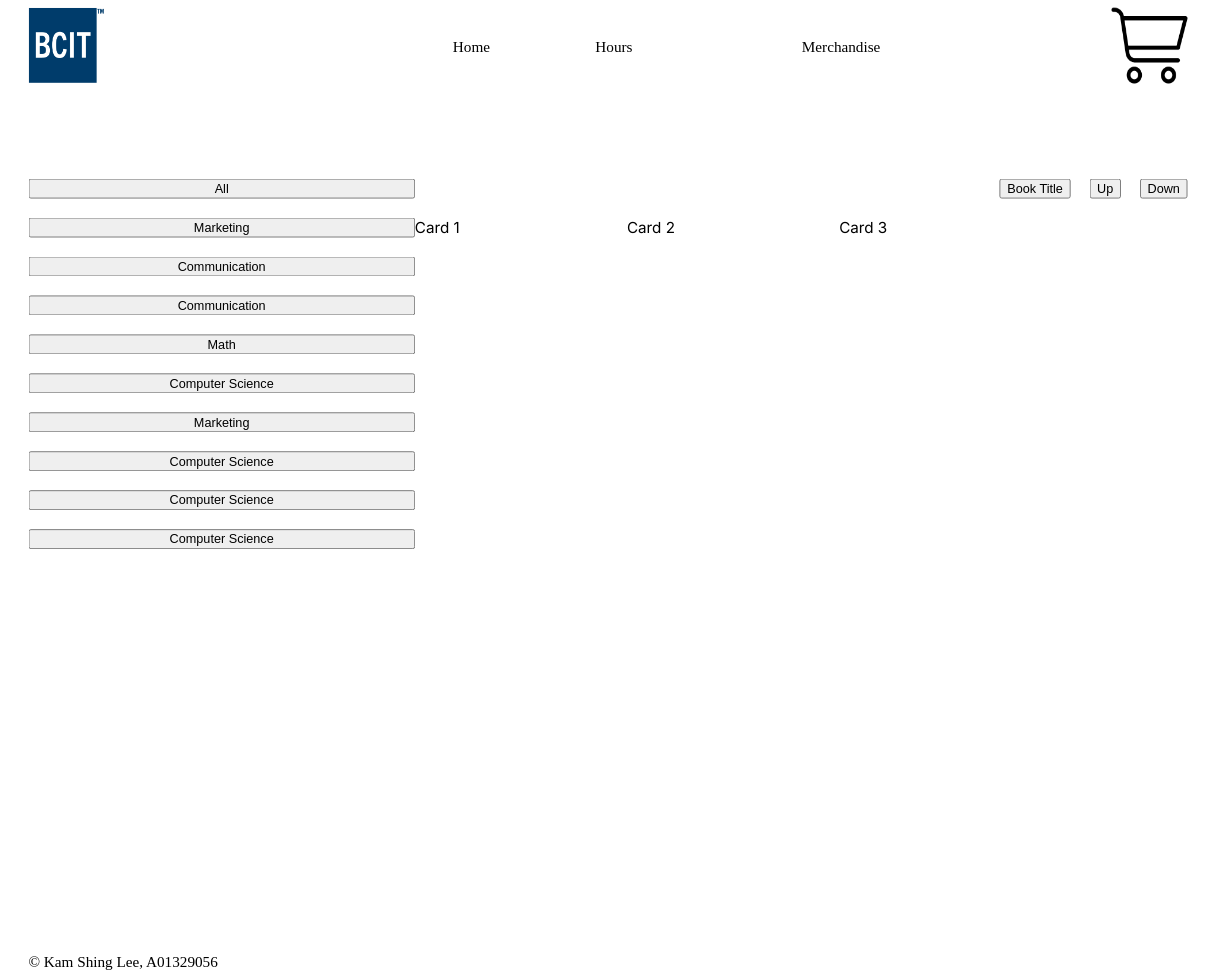
Repository: klee616/assessment3
Page: /
An editor plug-in stored every save of this project. The page is shown before and after the next save, followed by the edit.
The browser window is 1280 px wide. The pictures show the whole page, at 95% of full size.
The project was rebuilt for these pictures with package versions that can differ from the ones it lists, and the page was loaded fresh each time. The framework's server and built-in components were replaced by stand-ins that run in the browser. Also part of the build but not shown: next.config.mjs.

Above is the page before, as saved 2024-02-06 01:21:45.

After the next save:
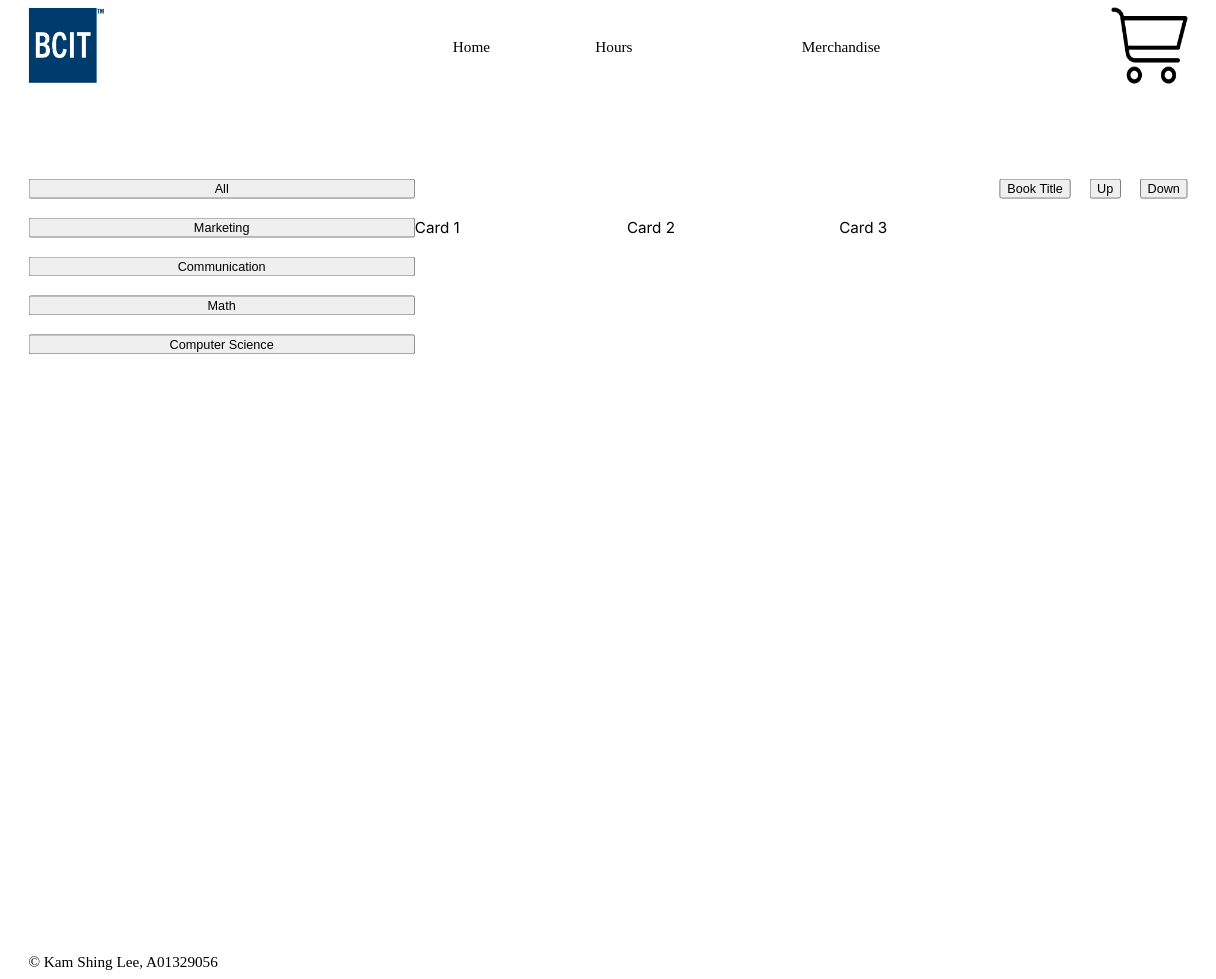
Saved 11 s later.
--- a/pages/index.js
+++ b/pages/index.js
@@ -16,9 +16,9 @@
 
   let categorys = data.map(book => book.category);
 
-  let categoryList = categorys.filter((value, index) => categorys.indexOf(value) === index);
+   categorys = categorys.filter((value, index) => categorys.indexOf(value) === index);
 
-  console.log(categoryList);
+  console.log(categorys);
   return (
     <>
       <Head>
